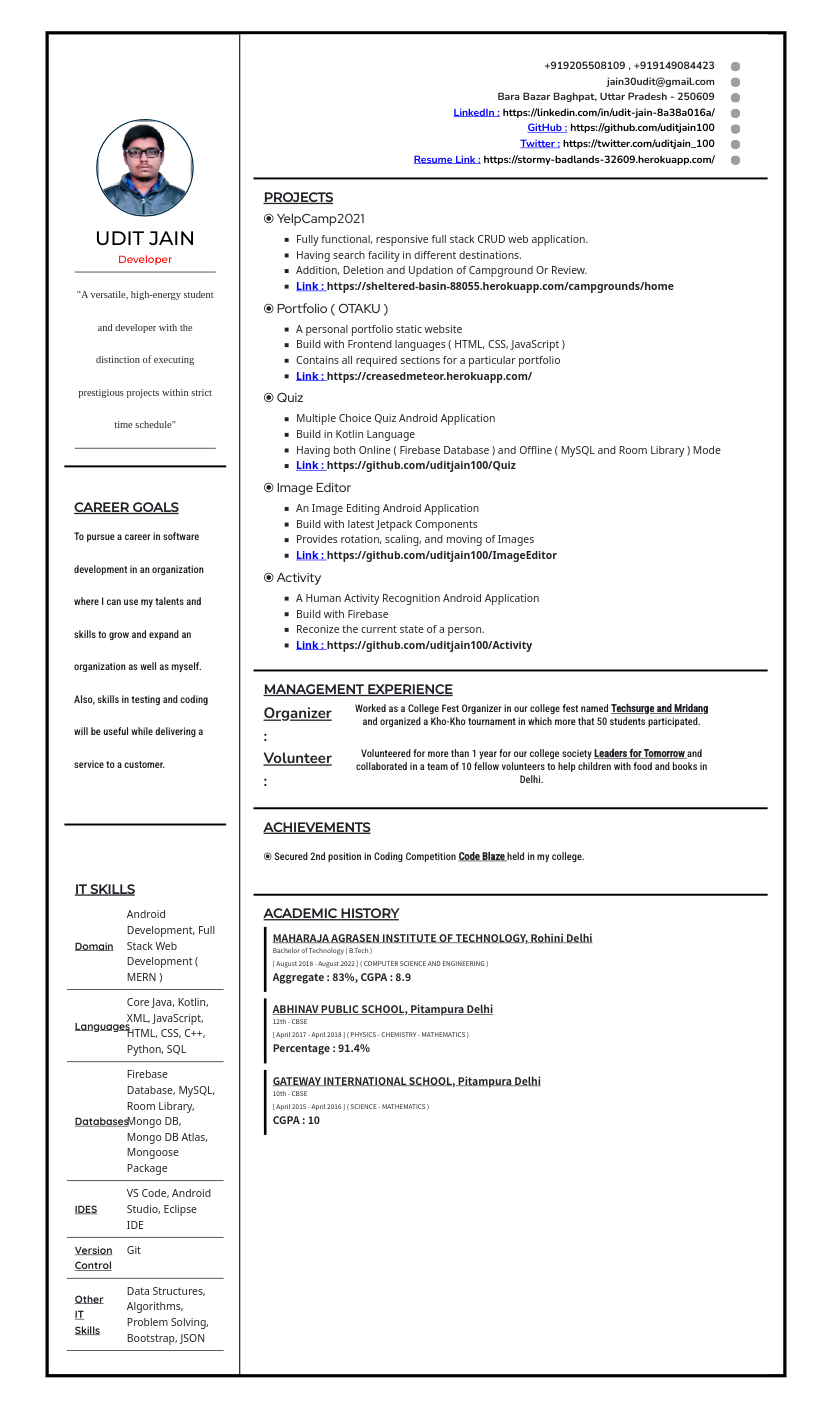
Repository: uditjain100/Resume
Page: index.html
An editor plug-in stored every save of this project. The page is shown before and after the next save, followed by the edit.
The browser window is 1280 px wide. The pictures show the whole page, at 65% of full size.
Pictures or frames that could not be fetched are drawn as grey boxes. Some web fonts or font styles are not loaded; a fallback is used.

Above is the page before, as saved 2021-05-28 02:10:43.

### index.html
<!DOCTYPE html>
<html lang="en">
	<head>
		<meta charset="UTF-8" />
		<meta http-equiv="X-UA-Compatible" content="IE=edge" />
		<meta name="viewport" content="width=device-width, initial-scale=1.0" />
		<title>RESUME : Udit Jain</title>
		<link rel="stylesheet" href="app.css" />
		<script
			src="https://code.jquery.com/jquery-3.5.1.min.js"
			integrity="sha256-9/aliU8dGd2tb6OSsuzixeV4y/faTqgFtohetphbbj0="
			crossorigin="anonymous"
		></script>
		<link
			href="https://cdn.jsdelivr.net/npm/bootstrap@5.0.0-beta1/dist/css/bootstrap.min.css"
			rel="stylesheet"
			integrity="sha384-giJF6kkoqNQ00vy+HMDP7azOuL0xtbfIcaT9wjKHr8RbDVddVHyTfAAsrekwKmP1"
			crossorigin="anonymous"
		/>

		<link rel="preconnect" href="https://fonts.gstatic.com" />
		<link
			href="https://fonts.googleapis.com/css2?family=Montserrat:wght@300;500&display=swap"
			rel="stylesheet"
		/>
		<link
			href="https://fonts.googleapis.com/css2?family=Roboto+Condensed:wght@500&display=swap"
			rel="stylesheet"
		/>
		<link
			href="https://fonts.googleapis.com/css2?family=Spartan:wght@500&display=swap"
			rel="stylesheet"
		/>
		<link
			href="https://fonts.googleapis.com/css2?family=Red+Hat+Display:wght@500&display=swap"
			rel="stylesheet"
		/>
		<link
			href="https://fonts.googleapis.com/css2?family=Ubuntu:wght@300&display=swap"
			rel="stylesheet"
		/>
		<link
			href="https://fonts.googleapis.com/css2?family=Quicksand:wght@700&display=swap"
			rel="stylesheet"
		/>
		<link
			href="https://fonts.googleapis.com/css2?family=Nunito:wght@700&display=swap"
			rel="stylesheet"
		/>
		<link
			href="https://fonts.googleapis.com/css2?family=Akaya+Kanadaka&display=swap"
			rel="stylesheet"
		/>
		<link
			href="https://fonts.googleapis.com/css2?family=Poppins:wght@400&display=swap"
			rel="stylesheet"
		/>
		<link
			href="https://fonts.googleapis.com/css2?family=Noto+Sans+JP&display=swap"
			rel="stylesheet"
		/>
	</head>
	<body>
		<main class="container row my-5 mx-auto" id="wholewindow">
			<section id="leftwindow" class="col-3">
				<article id="namebox">
					<img
						id="profileimg"
						src="profile.jpg"
						class="card-img-top"
						alt="..."
					/>
					<div class="card-body">
						<h3
							class="card-title"
							style="
								color: black;
								text-decoration: none;
								font-size: 30px;
								font-weight: 400;
							"
						>
							UDIT JAIN
						</h3>
						<h6 class="card-subtitle mx-auto">Developer</h6>
						<p id="summary">
							"A versatile, high-energy student and developer with the
							distinction of executing prestigious projects within strict time
							schedule"
						</p>
					</div>
				</article>

				<article class="card-body" id="goalbox">
					<h3 class="card-title">CAREER GOALS</h3>
					<p>
						To pursue a career in software development in an organization where
						I can use my talents and skills to grow and expand an organization
						as well as myself. Also, skills in testing and coding will be useful
						while delivering a service to a customer.
					</p>
				</article>

				<article class="card-body" id="itskillsbox">
					<h3 class="card-title">IT SKILLS</h3>
					<ul class="list-group">
						<li id="itskillsitem" class="row">
							<span class="col-4" id="que">Domain</span>
							<span class="col-8" id="ans"
								>Android Development, Full Stack Web Development ( MERN )</span
							>
						</li>
						<li id="itskillsitem" class="row">
							<span class="col-4" id="que">Languages</span>
							<span class="col-8" id="ans"
								>Core Java, Kotlin, XML, JavaScript, HTML, CSS, C++, Python,
								SQL</span
							>
						</li>
						<li id="itskillsitem" class="row">
							<span class="col-4" id="que">Databases</span>
							<span class="col-8" id="ans"
								>Firebase Database, MySQL, Room Library, Mongo DB, Mongo DB
								Atlas, Mongoose Package</span
							>
						</li>
						<li id="itskillsitem" class="row">
							<span class="col-4" id="que">IDES</span>
							<span class="col-8" id="ans"
								>VS Code, Android Studio, Eclipse IDE</span
							>
						</li>
						<li id="itskillsitem" class="row">
							<span class="col-4" id="que">Version Control</span>
							<span class="col-8" id="ans">Git</span>
						</li>
						<li id="itskillsitem" class="row">
							<span class="col-4" id="que">Other IT Skills</span>
							<span class="col-8" id="ans"
								>Data Structures, Algorithms, Problem Solving, Bootstrap,
								JSON</span
							>
						</li>
					</ul>
				</article>
			</section>
			<section id="rightwindow" class="col-9">
				<article class="card-body" id="contactbox">
					<ul class="list-group">
						<li id="contactitem" class="row">
							<div class="col-11">+919205508109 , +919149084423</div>
							<div class="col-1">
								<img
									src="https://cdn.jsdelivr.net/npm/simple-icons@3.0.1/icons/android.svg"
									alt=""
								/>
							</div>
						</li>
						<li id="contactitem" class="row">
							<div class="col-11">jain30udit@gmail.com</div>
							<div class="col-1">
								<img
									src="https://cdn.jsdelivr.net/npm/simple-icons@3.0.1/icons/gmail.svg"
									alt=""
								/>
							</div>
						</li>
						<li id="contactitem" class="row">
							<div class="col-11">
								Bara Bazar Baghpat, Uttar Pradesh - 250609
							</div>
							<div class="col-1">
								<img
									src="https://cdn.jsdelivr.net/npm/simple-icons@3.0.1/icons/googlemaps.svg"
									alt=""
								/>
							</div>
						</li>
						<li id="contactitem" class="row">
							<div class="col-11">
								<span>LinkedIn :</span>
								<a href="https://linkedin.com/in/udit-jain-8a38a016a/"
									>https://linkedin.com/in/udit-jain-8a38a016a/</a
								>
							</div>
							<div class="col-1">
								<img
									src="https://cdn.jsdelivr.net/npm/simple-icons@4.13.0/icons/linkedin.svg"
									alt=""
								/>
							</div>
						</li>
						<li id="contactitem" class="row">
							<div class="col-11">
								<span>GitHub :</span>
								<a href="https://github.com/uditjain100"
									>https://github.com/uditjain100</a
								>
							</div>
							<div class="col-1">
								<img
									src="https://cdn.jsdelivr.net/npm/simple-icons@4.13.0/icons/github.svg"
									alt=""
								/>
							</div>
						</li>
						<li id="contactitem" class="row">
							<div class="col-11">
								<span>Twitter :</span>
								<a href="https://twitter.com/uditjain_100"
									>https://twitter.com/uditjain_100</a
								>
							</div>
							<div class="col-1">
								<img
									src="https://cdn.jsdelivr.net/npm/simple-icons@4.13.0/icons/twitter.svg"
									alt=""
								/>
							</div>
						</li>
						<li id="contactitem" class="row">
							<div class="col-11">
								<span>Resume Link :</span>
								<a href="https://stormy-badlands-32609.herokuapp.com/"
									>https://stormy-badlands-32609.herokuapp.com/</a
								>
							</div>
							<div class="col-1">
								<img
									src="https://cdn.jsdelivr.net/npm/simple-icons@4.13.0/icons/webpack.svg"
									alt=""
								/>
							</div>
						</li>
					</ul>
				</article>

				<article class="card-body" id="projectbox">
					<h3 class="card-title">PROJECTS</h3>
					<ul class="list-group">
						<li id="projectitem">
							<h5 id="projecttitle">⦿ YelpCamp2021</h5>
							<div id="projectdetails">
								<ul class="list-group">
									<li>
										Fully functional, responsive full stack CRUD web
										application.
									</li>
									<li>Having search facility in different destinations.</li>
									<li>
										Addition, Deletion and Updation of Campground Or Review.
									</li>
									<li>
										<span>Link : </span>
										https://sheltered-basin-88055.herokuapp.com/campgrounds/home
									</li>
								</ul>
							</div>
						</li>
						<li id="projectitem">
							<h5 id="projecttitle">⦿ Portfolio ( OTAKU )</h5>
							<div id="projectdetails">
								<ul class="list-group">
									<li>A personal portfolio static website</li>
									<li>
										Build with Frontend languages ( HTML, CSS, JavaScript )
									</li>
									<li>
										Contains all required sections for a particular portfolio
									</li>
									<li>
										<span>Link : </span>
										https://creasedmeteor.herokuapp.com/
									</li>
								</ul>
							</div>
						</li>
						<li id="projectitem">
							<h5 id="projecttitle">⦿ Quiz</h5>
							<div id="projectdetails">
								<ul class="list-group">
									<li>Multiple Choice Quiz Android Application</li>
									<li>Build in Kotlin Language</li>
									<li>
										Having both Online ( Firebase Database ) and Offline ( MySQL
										and Room Library ) Mode
									</li>
									<li>
										<span>Link : </span>
										https://github.com/uditjain100/Quiz
									</li>
								</ul>
							</div>
						</li>
						<li id="projectitem">
							<h5 id="projecttitle">⦿ Image Editor</h5>
							<div id="projectdetails">
								<ul class="list-group">
									<li>An Image Editing Android Application</li>
									<li>Build with latest Jetpack Components</li>
									<li>Provides rotation, scaling, and moving of Images</li>
									<li>
										<span>Link : </span>
										https://github.com/uditjain100/ImageEditor
									</li>
								</ul>
							</div>
						</li>
						<li id="projectitem">
							<h5 id="projecttitle">⦿ Activity</h5>
							<div id="projectdetails">
								<ul class="list-group">
									<li>A Human Activity Recognition Android Application</li>
									<li>Build with Firebase</li>
									<li>Reconize the current state of a person.</li>
									<li>
										<span>Link : </span>
										https://github.com/uditjain100/Activity
									</li>
								</ul>
							</div>
						</li>
					</ul>
				</article>

				<article class="card-body" id="managementskillsbox">
					<h3 class="card-title">MANAGEMENT EXPERIENCE</h3>
					<ul class="list-group">
						<li id="managementskillsitem" class="row">
							<span id="tag" class="col-2"><span>Organizer</span> : </span>
							<p class="col-9">
								Worked as a College Fest Organizer in our college fest named
								<span style="font-weight: 700; text-decoration: underline"
									>Techsurge and Mridang
								</span>
								and organized a Kho-Kho tournament in which more that 50
								students participated.
							</p>
						</li>
						<li id="managementskillsitem" class="row">
							<span id="tag" class="col-2"><span>Volunteer</span> : </span>
							<p class="col-9">
								Volunteered for more than 1 year for our college society
								<span style="font-weight: 700; text-decoration: underline"
									>Leaders for Tomorrow </span
								>and collaborated in a team of 10 fellow volunteers to help
								children with food and books in Delhi.
							</p>
						</li>
					</ul>
				</article>

				<article class="card-body" id="achievementsbox">
					<h3 class="card-title">ACHIEVEMENTS</h3>
					<ul class="list-group">
						<li id="achievementitem" class="row">
							<p>
								⦿ Secured 2nd position in Coding Competition
								<span style="font-weight: 700; text-decoration: underline"
									>Code Blaze
								</span>
								held in my college.
							</p>
						</li>
					</ul>
				</article>

				<article class="card-body" id="educationbox">
					<h3 class="card-title">ACADEMIC HISTORY</h3>
					<ul class="list-group">
						<li id="educationitem">
							<h6 id="institutename">
								MAHARAJA AGRASEN INSTITUTE OF TECHNOLOGY, Rohini Delhi
							</h6>
							<h6 id="stream">Bachelor of Technology ( B.Tech )</h6>
							<h6 id="subjects">
								[ August 2018 - August 2022 ] ( COMPUTER SCIENCE AND ENGINEERING
								)
							</h6>
							<h6 id="marks">Aggregate : 83%, CGPA : 8.9</h6>
						</li>
						<li id="educationitem">
							<h6 id="institutename">ABHINAV PUBLIC SCHOOL, Pitampura Delhi</h6>
							<h6 id="stream">12th - CBSE</h6>
							<h6 id="subjects">
								[ April 2017 - April 2018 ] ( PHYSICS - CHEMISTRY - MATHEMATICS
								)
							</h6>
							<h6 id="marks">Percentage : 91.4%</h6>
						</li>
						<li id="educationitem">
							<h6 id="institutename">
								GATEWAY INTERNATIONAL SCHOOL, Pitampura Delhi
							</h6>
							<h6 id="stream">10th - CBSE</h6>
							<h6 id="subjects">
								[ April 2015 - April 2016 ] ( SCIENCE - MATHEMATICS )
							</h6>
							<h6 id="marks">CGPA : 10</h6>
						</li>
					</ul>
				</article>
			</section>
		</main>
	</body>
</html>

### app.css
/* * Common Section */

@keyframes transitionIn {
	from {
		opacity: 0;
		transform: rotateY(-10deg);
	}
	to {
		opacity: 1;
		transform: rotateY(0);
	}
}

html {
	animation: transitionIn 1s;
}

p {
	font-family: "Roboto Condensed", sans-serif;
	line-height: 50px;
}

ul {
	list-style: none;
}
article {
	border-bottom: 3px black solid;
}

.card-title {
	font-family: "Montserrat";
	text-decoration: underline;
	font-weight: 900;
	font-size: 20px;
}

.card-subtitle {
	color: red;
}

.footer {
	position: -webkit-sticky;
	left: 0;
	bottom: 0;
	width: 100%;
	color: white;
	text-align: center;
	font-family: "Montserrat";
}

/*  ********************* resume work */

#wholewindow {
	border: 5px black solid;
	display: flex;
	flex-direction: row;
	flex-wrap: wrap;
	justify-content: space-evenly;
	/* align-items: center; */
}

#leftwindow {
	padding: 120px 20px 0px 0px;
	border-right: 2px black solid;
	min-width: 250px;
}

#rightwindow {
	padding: 20px 0px 0px 20px;
	min-width: 250px;
	background-color: white;
}

#namebox {
	display: flex;
	flex-direction: column;
	flex-wrap: wrap;
	align-items: center;
	text-align: center;
	font-family: "Montserrat";
}

#profileimg {
	width: 150px;
	height: 150px;
	border-radius: 50%;
	border: 2px #003049 solid;
	margin-top: 10px;
}
#summary {
	font-family: "Akaya Kanadaka";
	margin-top: 10px;
	margin-bottom: 10px;
	padding-top: 10px;
	padding-bottom: 10px;

	border-bottom: 1px black solid;
	border-top: 1px black solid;
}

#goalbox {
	padding: 50px 15px 50px 15px;
}

#managementskillsitem p {
	line-height: 20px;
	text-align: center;
}

#tag {
	font-family: "Nunito";
	font-size: 23px;
	font-weight: 900;
	text-align: left;
}

#tag span {
	text-decoration: underline;
}

li img {
	width: 15px;
	height: 15px;
	border-radius: 50%;
	margin-right: 5px;
}

#itskillsbox {
	margin: 70px 0px 20px 0px;
	border: none;
}
#educationbox {
	border: none;
}

#itskillsitem {
	border-bottom: 1px black solid;
	padding: 7px 0px 7px 0px;
}

#que {
	font-family: "Quicksand";
	text-decoration: underline;
	font-size: 16px;
	font-weight: 800;
	display: flex;
	align-items: center;
}

#contactitem {
	font-family: "Nunito";
}

#contactitem .col-11 {
	text-align: end;
}

#contactitem div a {
	text-decoration: none;
	color: black;
}

#contactitem div a:hover {
	text-decoration: underline;
	color: blue;
}

#contactitem .col-11 span {
	font-weight: 600;
	color: blue;
	text-decoration: underline;
}

#educationtitle {
	font-family: "Red Hat Display";
	font-weight: 200;
}

#educationitem {
	margin-bottom: 10px;
	padding: 10px 0px 10px 10px;
	border-left: 4px black solid;
}

#educationbox {
	font-family: "Noto Sans JP";
}

#educationitem h6 {
	line-height: 12px;
}

#institutename {
	text-decoration: underline;
	font-weight: 800;
	font-size: 16px;
}

#timestamp {
	font-size: 10px;
}

#stream {
	font-size: 10px;
	font-weight: 400;
}

#subjects {
	font-size: 10px;
	font-weight: 300;
}

#marks {
	/* font-size: 15px; */
	font-weight: 700;
}

#projecttitle {
	font-family: "Red Hat Display";
}

#projectdetails ul {
	list-style-type: square;
}

#projectdetails ul li:nth-of-type(4) {
	font-weight: 700;
	padding-bottom: 10px;
}

#projectdetails ul li span {
	color: blue;
	text-decoration: underline;
}

#projectdetails {
	margin-left: 50px;
}

After the next save:
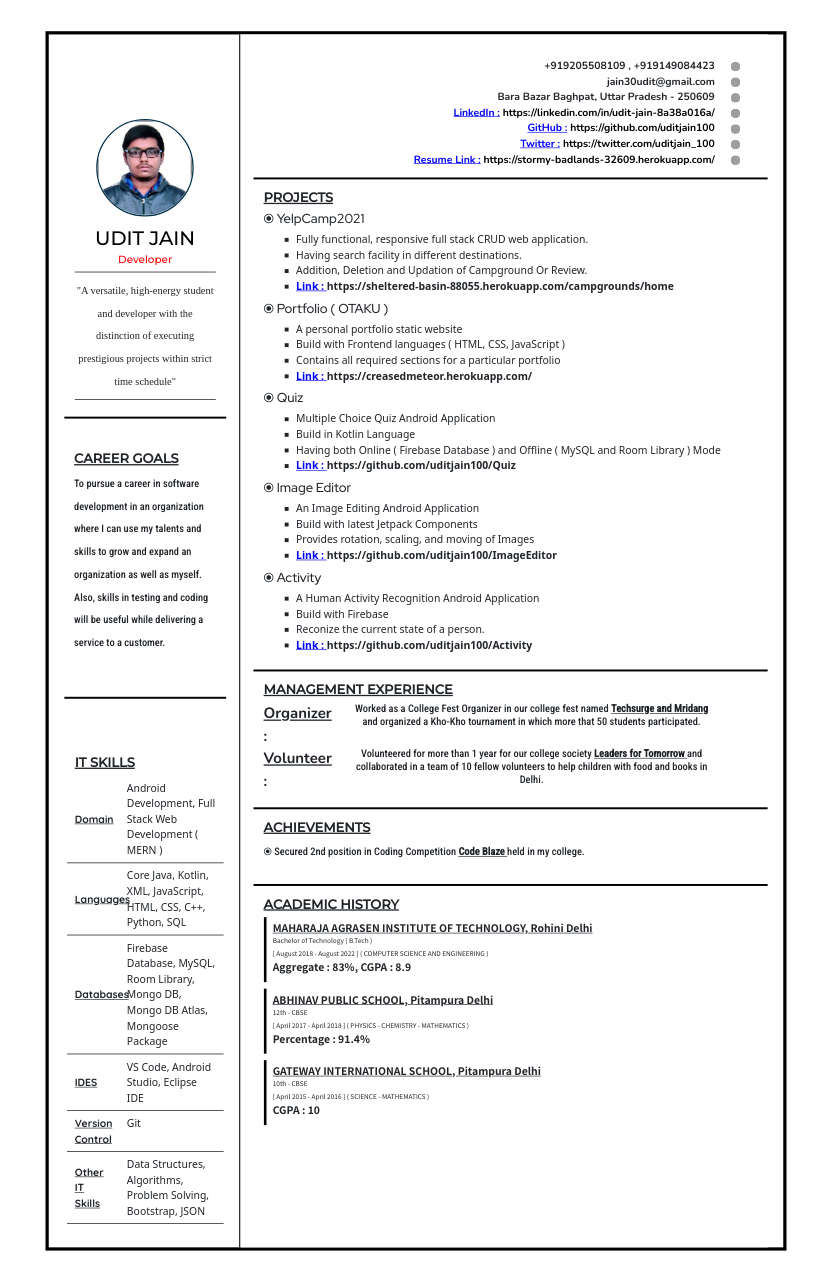
Saved 6 s later.
--- a/app.css
+++ b/app.css
@@ -17,7 +17,7 @@ html {
 
 p {
 	font-family: "Roboto Condensed", sans-serif;
-	line-height: 50px;
+	line-height: 35px;
 }
 
 ul {
